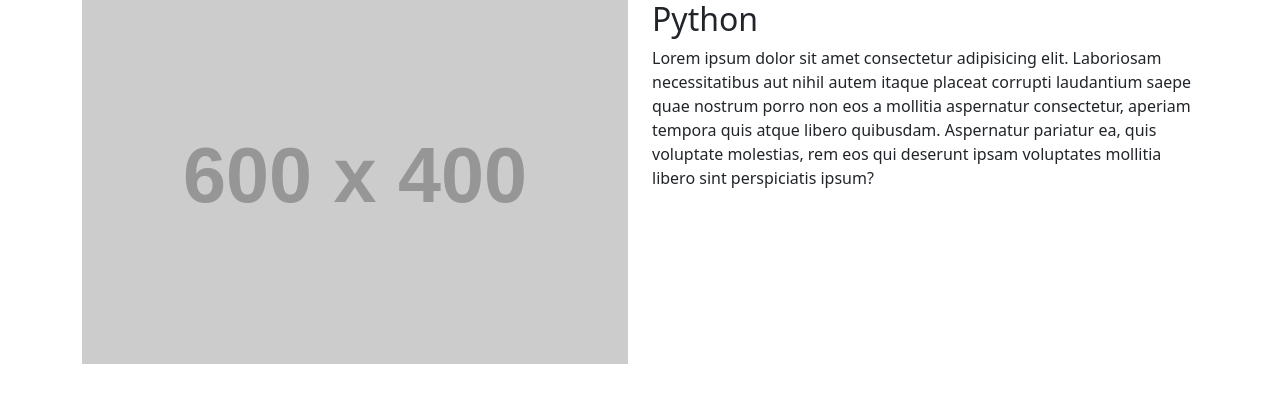
Repository: fbansept/ran4_24
Page: index.html
An editor plug-in stored every save of this project. The page is shown before and after a run of saves, followed by the edit.
The browser window is 1280 px wide. The pictures show the whole page.

Above is the page before, as saved 2024-10-14 11:02:59.

After the next 4 saves:
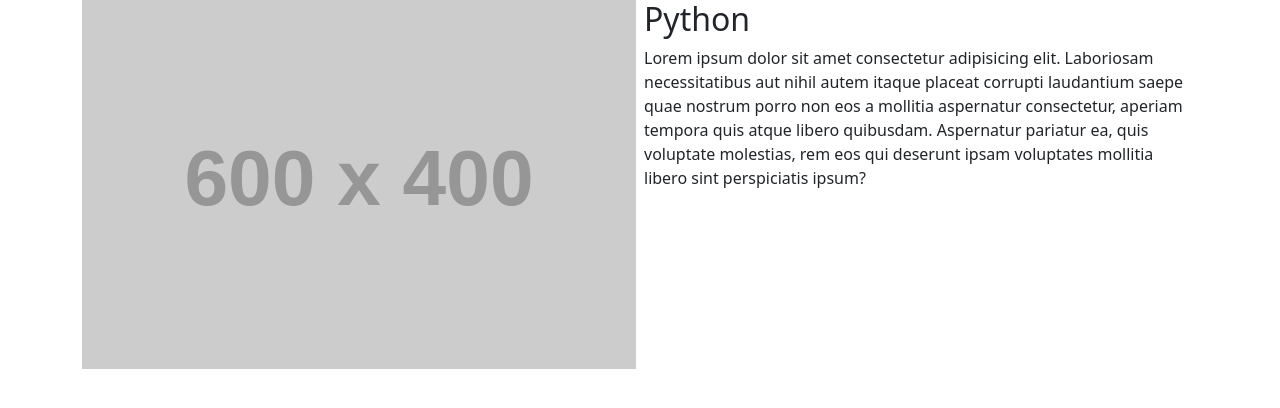
The 4 saves are shown as one change because they came seconds apart.
The last was saved 55 s later.
--- a/index.html
+++ b/index.html
@@ -19,7 +19,7 @@
   </head>
   <body>
     <main class="container">
-      <div class="row g-0 g-md-4">
+      <div class="row g-0 g-md-4 g-lg-2">
         <img
           class="col-2 col-md-6 object-fit-cover"
           src="https://placehold.co/600x400"

After the 6 saves that followed:
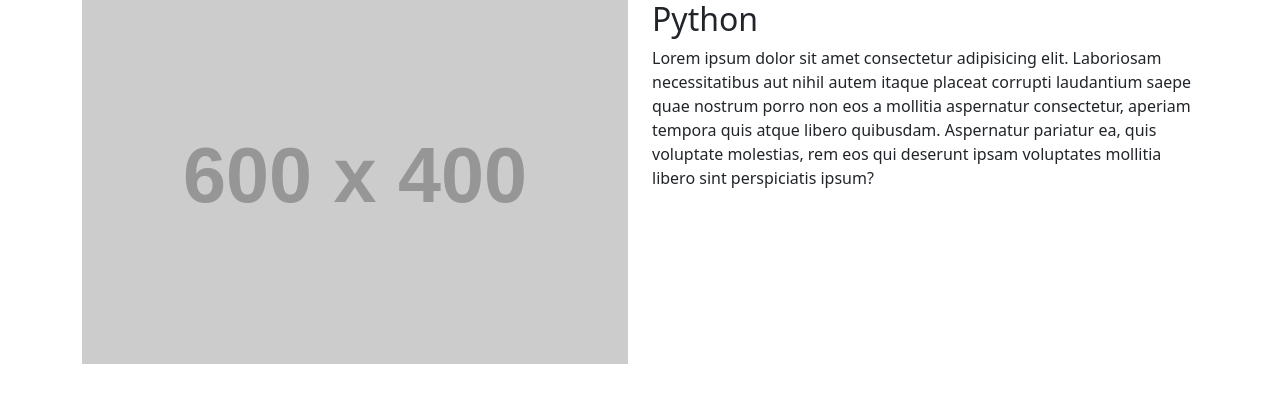
The 6 saves are shown as one change because 2 left the picture as it was and some came seconds apart.
The last was saved 2 min 19 s later.
--- a/index.html
+++ b/index.html
@@ -19,7 +19,7 @@
   </head>
   <body>
     <main class="container">
-      <div class="row g-0 g-md-4 g-lg-2">
+      <div class="row g-0 g-md-4 ">
         <img
           class="col-2 col-md-6 object-fit-cover"
           src="https://placehold.co/600x400"
